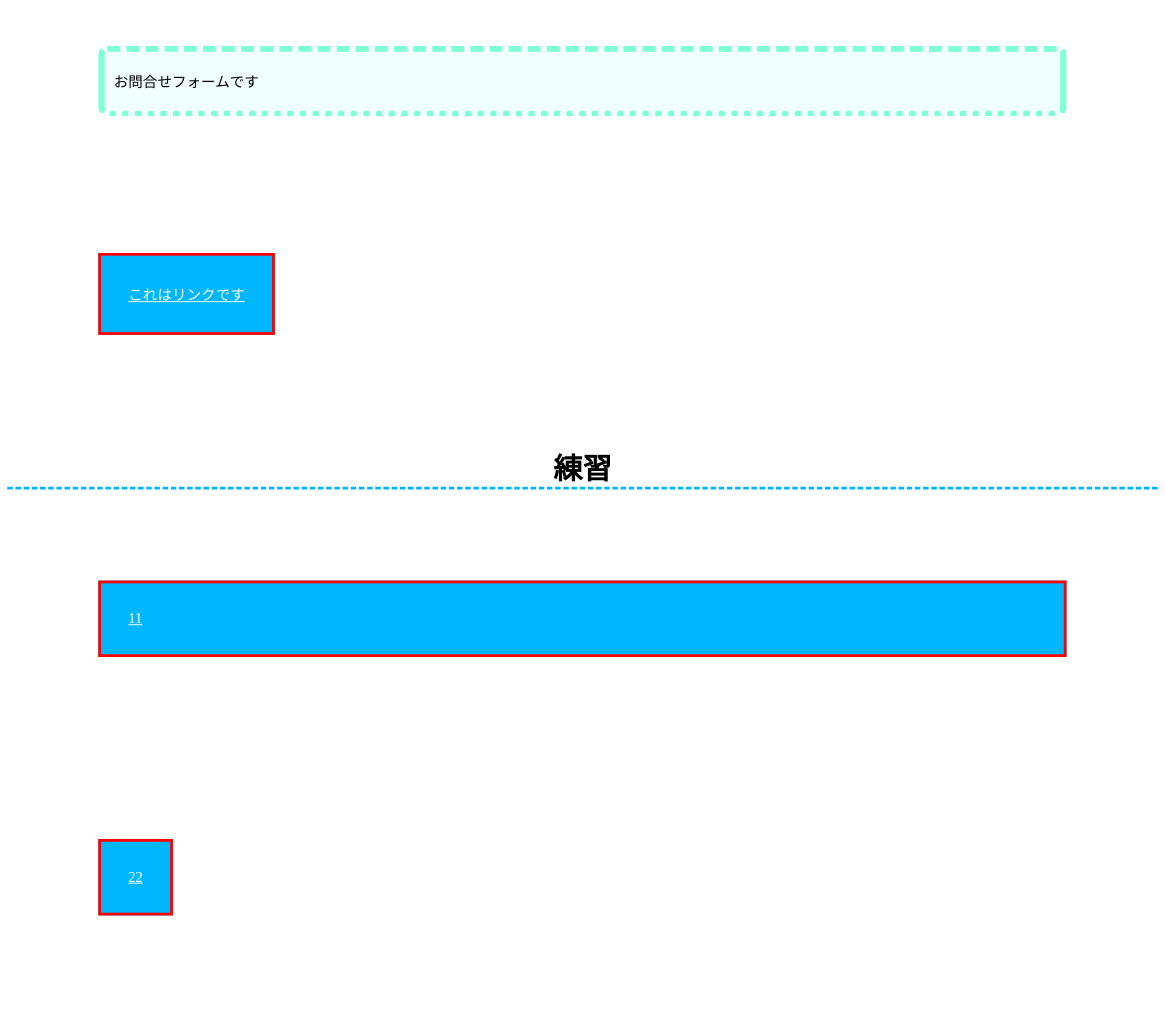
Repository: Jutta197/frontend726
Page: css_ex/box_model/index.html
These files come from the project's save history. The page is drawn as it stood at one moment and after the next save; the edit follows.
The browser window is 1280 px wide. The pictures show the whole page, at 91% of full size.

Above is the page before, as saved 2023-07-28 15:59:25.

After the next save:
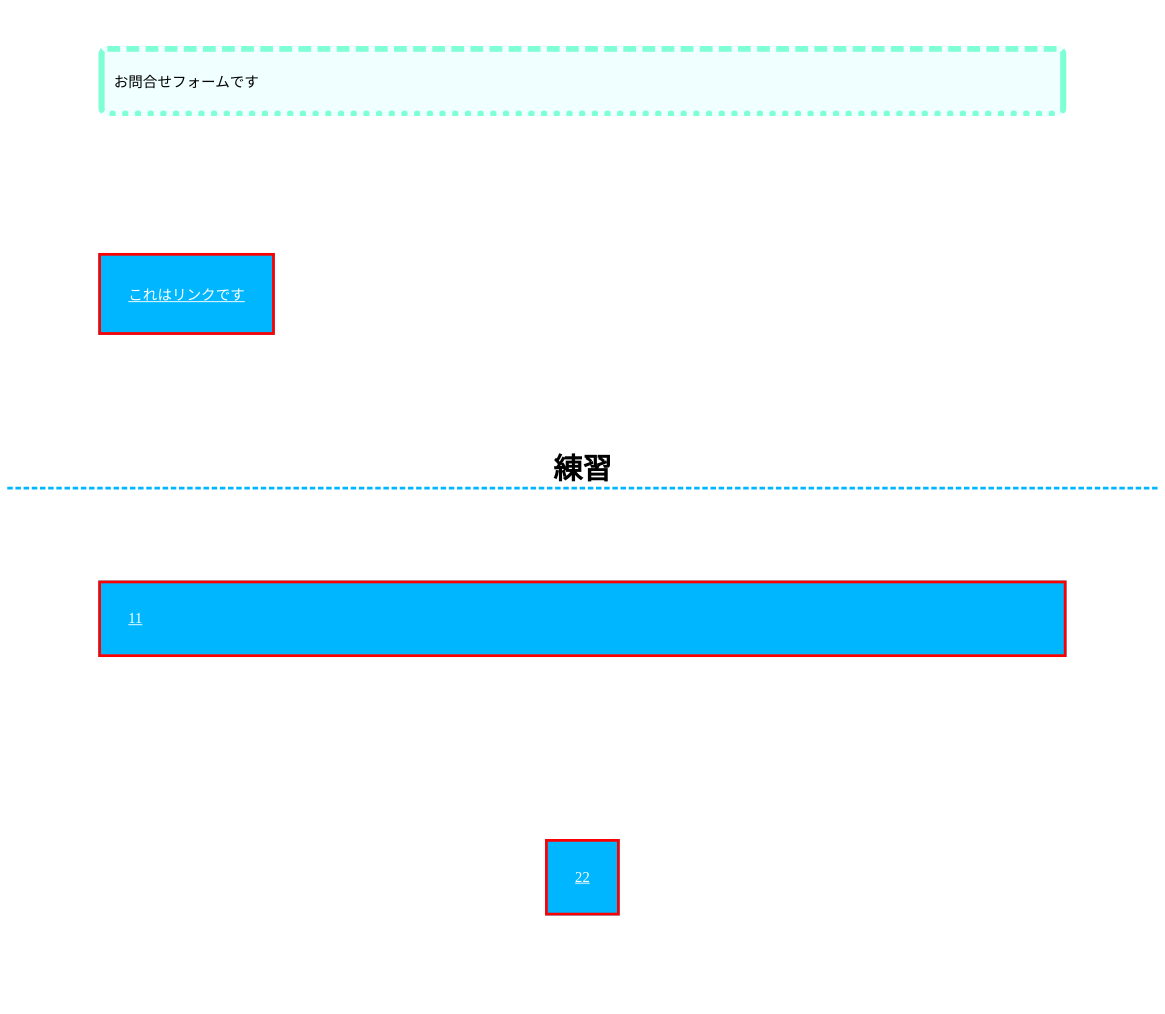
Saved 12 s later.
--- a/css_ex/box_model/style.css
+++ b/css_ex/box_model/style.css
@@ -28,3 +28,7 @@ h1 {
 #a {
     display: block;
 }
+
+div {
+    text-align: center;
+}
